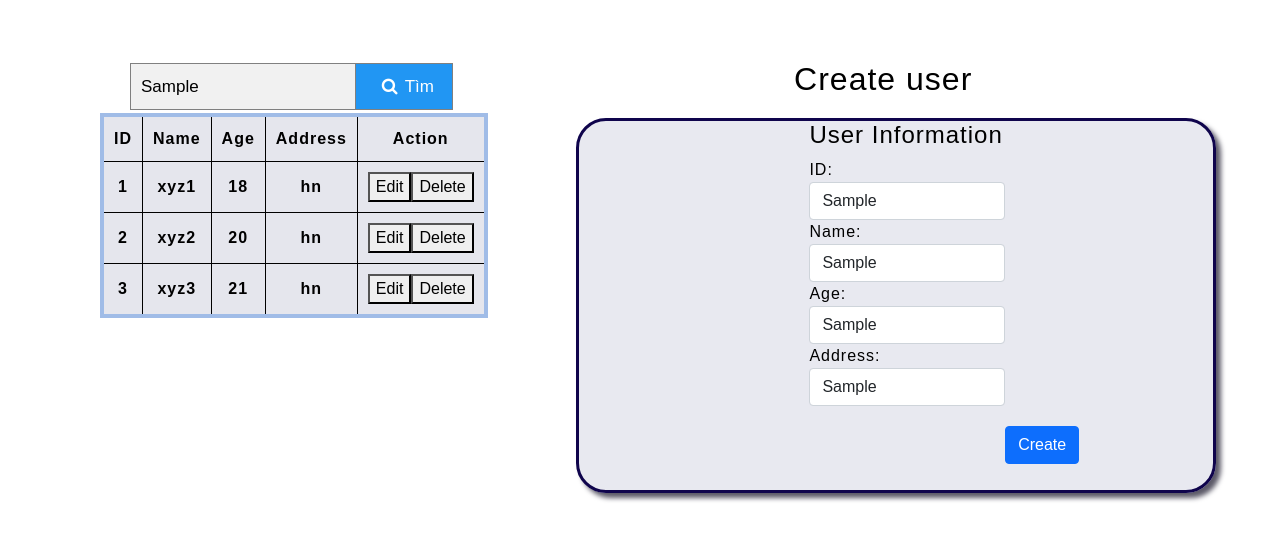
Repository: minhtuan16/JS-Basic
Page: CRUD-Department/userrr.html
These files come from the project's save history. The page is drawn as it stood at one moment and after the next save; the edit follows.
The browser window is 1280 px wide. The pictures show the whole page.
Empty fields were first filled with sample values (such as "Sample", 5 or name@example.com).
After loading, the first visible `#searchh` was clicked once.

Above is the page before, as saved 2022-06-09 16:13:55.

### CRUD-Department/userrr.html
<!DOCTYPE html>
<html lang="en">
<head>
    <meta charset="UTF-8">
    <meta http-equiv="X-UA-Compatible" content="IE=edge">
    <meta name="viewport" content="width=device-width, initial-scale=1.0">
    <link rel="stylesheet" href="https://cdnjs.cloudflare.com/ajax/libs/font-awesome/4.7.0/css/font-awesome.min.css">
    <link href="https://cdn.jsdelivr.net/npm/bootstrap@5.1.3/dist/css/bootstrap.min.css" rel="stylesheet" integrity="sha384-1BmE4kWBq78iYhFldvKuhfTAU6auU8tT94WrHftjDbrCEXSU1oBoqyl2QvZ6jIW3" crossorigin="anonymous">
    <link rel="stylesheet" href="styles/style.css">
    <link rel="stylesheet" href="styles/search.css">
    <title>User</title>
</head>
<body>

    <h2>Create user</h2>
    <!--create a form with the following fiels,email, password, first name, last name, age, address, phone, payment, color-->


    <form id="registerForm" class="container">
        <h4>User Information</h4>
        <div class="control">
            <label>ID:</label>
            <input class="form-control" id="id" type="text" value="" />
        </div>

        <div class="control">
            <label>Name:</label>
            <input class="form-control" id="name" type="text" value="" />
        </div>
        <div class="control">
            <label>Age:</label>
            <input class="form-control" id="age" type="text" value="" />
        </div>
        <div class="control">
            <label>Address:</label>
            <input class="form-control" id="address" type="text" value="" />
        </div>

        <button type="button" class="btn btn-primary" id="btnSave" onclick="create()">Create</button>

        <button type="button" class="btn btn-primary" id="btnUpdate" onclick="update()" style="display: none;">Save</button>
    </form>

    <div class="search-container">
        <form >
            <input type="text" placeholder="Search..." id="inputt" value="">
            <button type="button" id="searchh" onclick="search()" ><i class="fa fa-search" style="width: 30px;"></i>Tìm</button>
        </form>
    </div>

    <table border="1px">

        <tr>
            <td>ID</td>
            <td>Name</td>
            <td>Age</td>
            <td>Address</td>
            <td>Action</td>
        </tr>

        <tbody id="tableBody">

        </tbody>
    </table>
    <script src="scripts/create.js"></script>
</body>
</html>

### CRUD-Department/styles/style.css
/* Global */
.control{
    width: 50%;
}
.error{
    border: 2px solid red;
}
html{
    font-family: Verdana, Geneva, Tahoma, sans-serif;
    letter-spacing: 1px;
}
h2{
    text-align: center;
}
body{
    /* background-color: #141E61; */
    color: #000000;
}
/* Nav */
a {
    display: inline-block;
    text-decoration: none;
    color: black;
    padding: 5px;
    background-color: #9498a3;
    vertical-align: middle;
    -webkit-transform: perspective(1px) translateZ(0);
    transform: perspective(1px) translateZ(0);
    box-shadow: 0 0 1px rgba(0, 0, 0, 0);
    position: relative;
}

a:before {
    content: '';
    position: absolute;
    border: #e1e1e1 solid 4px;
    top: 0;
    right: 0;
    bottom: 0;
    left: 0;
    -webkit-transition-duration: 0.3s;
    transition-duration: 0.3s;
    -webkit-transition-property: top, right, bottom, left;
    transition-property: top, right, bottom, left;
}

a:hover:before,
a:focus:before,
.a:active:before {
    top: -8px;
    right: -8px;
    bottom: -8px;
    left: -8px;
}

/* Index */
#sign-in {
    border: #0F044C solid 3px;
    background-color: #1225ee34;
    box-shadow: 5px 5px 5px #0F044C;
    padding-left: 20%;
    padding-bottom: 20%;
    width: 20rem;
    margin-left: 20%;
    border-radius: 30px;
}

/* Register */
.nav-btn {
    margin-left: 20px;
    margin-top: 20px
}

h2 {
    margin-left: 38%;
    margin-top: 60px;
}

#registerForm {
    border: #0F044C solid 3px;
    background-color: #8f92b434;
    box-shadow: 5px 5px 5px #5c5a68;
    padding-left: 18%;
    padding-bottom: 2%;
    width: 50%;
    margin-left: 45%;
    border-radius: 30px;
    margin-top: 20px;
}

#btnSave {
    margin-left: 50%;
    margin-top: 20px;
}

#btnShow {
    margin-left: -80%;
    margin-top: 20px;
}

#btnUpdate {
    margin-left: 50%;
    margin-top: 20px;
}

/* Users */
table {
    border: #a0bce7 4px solid;
    background-color: #8184a734;
    /* margin-top: 50px;
    margin-left: 500px; */
    margin-top: -380px;
    margin-left: 100px;
}

/* h1 {
    margin-top: -450px;
} */
table form input {
    margin-left: 100px;
}

table td {
    border: #000000 1px solid;
    text-align: center;
    font-weight: 900;
    padding: 10px;
}

td {
    font-weight: 100;
    border: #e1e1e1 solid 1px;
    padding: 5px;
}

### CRUD-Department/styles/search.css
* {box-sizing: border-box;}

body {
  margin: 0;
  font-family: Arial, Helvetica, sans-serif;
}

.search-container {
    float: left;
}
.search-container input[type=text] {
    padding: 10px;
    font-size: 17px;
    border: 1px solid grey;
    float: left;
    width: 70%;
    background: #f1f1f1;
}

.search-container button {
    float: left;
    width: 30%;
    padding: 10px;
    background: #2196F3;
    color: white;
    font-size: 17px;
    border: 1px solid grey;
    border-left: none;
    cursor: pointer;
}

.topnav .search-container button:hover {
  background: #ccc;
}

@media screen and (max-width: 600px) {
  .topnav .search-container {
    float: none;
  }
  .topnav a, .topnav input[type=text], .topnav .search-container button {
    float: none;
    display: block;
    text-align: left;
    width: 100%;
    margin: 0;
    padding: 14px;
  }
  .topnav input[type=text] {
    border: 1px solid #ccc;
  }
}

.search-container {
    margin-left: 130px;
    margin-top: -430px;
}

### CRUD-Department/scripts/create.js

var data = [
    {id: 1, name: "xyz1", age: 18, address: "hn"},
    {id: 2, name: "xyz2", age: 20, address: "hn"},
    {id: 3, name: "xyz3", age: 21, address: "hn"}
]

function drawTable(person) {
    var table = document.createElement("table");
    var tr = document.createElement("tr");
    var tdid = document.createElement("td");
    var tdName = document.createElement("td");
    var tdAge = document.createElement("td");
    var tdAddress = document.createElement("td");
    var tdOption = document.createElement("td");

    var editBtn = document.createElement("button");
    var deleteBtn = document.createElement("button");

    editBtn.innerText = 'Edit';
    deleteBtn.innerText = 'Delete';

    tdOption.appendChild(editBtn);
    tdOption.appendChild(deleteBtn);

    //bat su kien edit
    editBtn.onclick = function() {
        editPerson(person.id);
    }

    //bat su kien edit
    deleteBtn.onclick = function() {
        deletePerson(person.id);
    }

    tdid.innerHTML = person.id;
    tdName.innerHTML = person.name;
    tdAge.innerHTML = person.age;
    tdAddress.innerHTML = person.address;

    tr.appendChild(tdid);
    tr.appendChild(tdName);
    tr.appendChild(tdAge);
    tr.appendChild(tdAddress);
    tr.appendChild(tdOption)

    var tableBody = document.getElementById("tableBody");
    tableBody.appendChild(tr);
}

function resetDrawTable(persons) {
    var tableBody = document.getElementById("tableBody");
    tableBody.innerHTML = "";

    for (var i = 0; i < persons.length; i++) {
        drawTable(persons[i]);
    }
}

// resetDrawTable(data)
function create() {

    var id = document.getElementById("id").value;
    var name = document.getElementById("name").value;
    var age = document.getElementById("age").value;
    var address = document.getElementById("address").value;

    if (id.length > 0 && name.length > 0 && age.length > 0 && address.length > 0) {
        var p = {id: id, name: name, age: age, address: address};

        data.push(p);

        resetDrawTable(data);

        alert('Create Success');

        document.getElementById("id").value = "";
        document.getElementById("name").value = "";
        document.getElementById("age").value = "";
        document.getElementById("address").value = "";

    } else {
        alert('Dien day du thong tin');
    }
}

function editPerson(id) {
    var index = data.findIndex(x => x.id == id);
    let person = data[index];

    var idIp = document.getElementById("id");
    var nameIp = document.getElementById("name");
    var ageIp = document.getElementById("age");
    var addressIp = document.getElementById("address");

    idIp.value = person.id;
    nameIp.value = person.name;
    ageIp.value = person.age;
    addressIp.value = person.address;

    document.getElementById("btnUpdate").style.display = 'block';
    document.getElementById("btnSave").style.display = 'none';
}

function update() {
    var idIp = document.getElementById("id");
    var nameIp = document.getElementById("name");
    var ageIp = document.getElementById("age");
    var addressIp = document.getElementById("address");

    var id = idIp.value;
    var name = nameIp.value;
    var age = ageIp.value;
    var address = addressIp.value;

    var index = data.findIndex(x => x.id == id);

    if (id.length > 0 && name.length > 0 && age.length > 0 && address.length > 0) {
        data[index] = {id: id, name: name, age: age, address: address};

        resetDrawTable(data);
        alert('Update Success');

        idIp.value = "";
        nameIp.value = "";
        ageIp.value = "";
        addressIp.value = "";

    } else {
        alert('Dien day du thong tin');
    }

    document.getElementById("btnUpdate").style.display = 'none';
    document.getElementById("btnSave").style.display = 'block';
}

function deletePerson(id) {
    var newData = data.filter(x => x.id != id);

    data = newData;

    resetDrawTable(data);
}

function search() {
    var input = document.getElementById("inputt").value;

        if (input.length == null) {

            console.log(data)
            resetDrawTable(data)
        } else if (input.length > 0) {
            var index = data.filter( x => x.name.indexOf(input) );

            data = index;
            // data[index] = {id: id, name: name, age: age, address: address};
            resetDrawTable(data)

        }
}

After the next save:
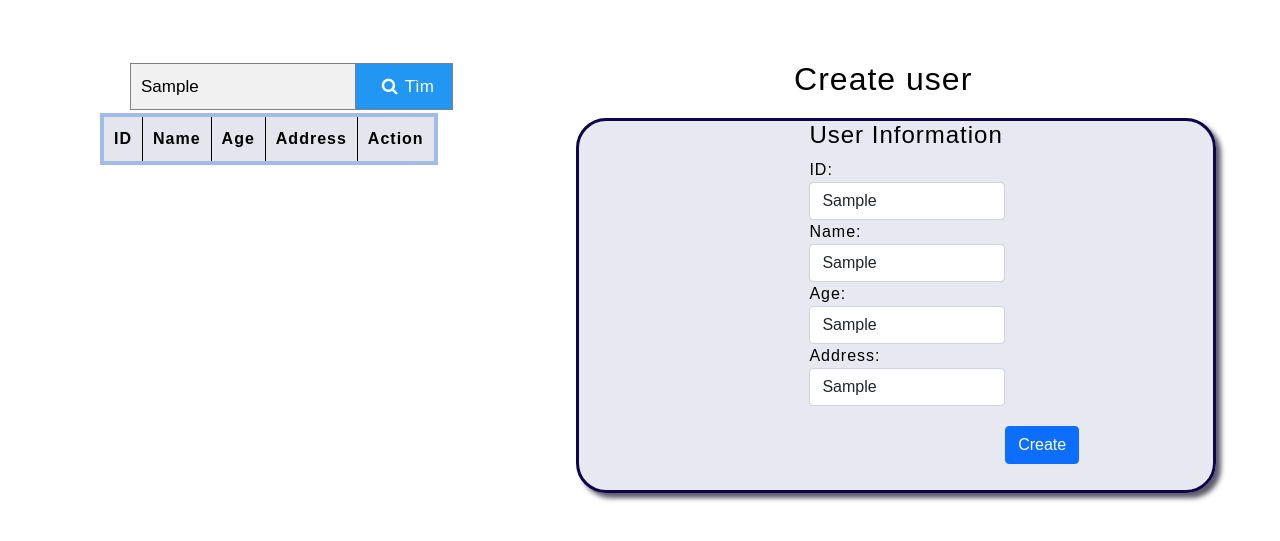
Saved 1 s later.
--- a/CRUD-Department/scripts/create.js
+++ b/CRUD-Department/scripts/create.js
@@ -150,7 +150,7 @@ function search() {
             console.log(data)
             resetDrawTable(data)
         } else if (input.length > 0) {
-            var index = data.filter( x => x.name.indexOf(input) );
+            var index = data.filter( x => x.name == input );
 
             data = index;
             // data[index] = {id: id, name: name, age: age, address: address};
